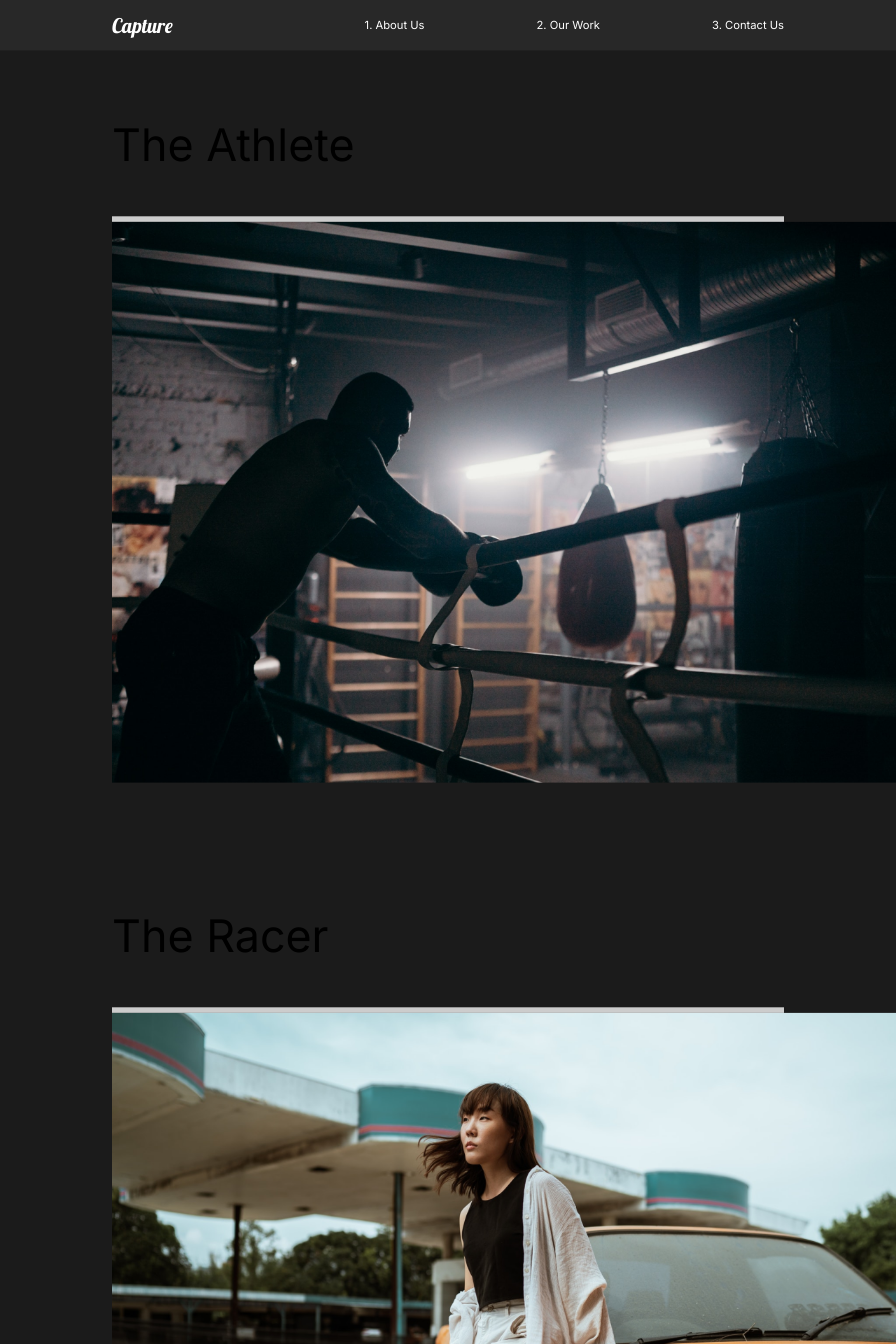
Repository: programmingwithlevi/capture
Page: /OurWork
These files come from the project's save history. The page is drawn as it stood at one moment and after the next save; the edit follows.
The browser window is 1280 px wide. The pictures show the part of the page from y = 0 to 1920 px (the page is 3622 px tall before and 2731 px after), at 70% of full size.
The project was rebuilt for these pictures with package versions that can differ from the ones it lists, and the page was loaded fresh each time. A package was used in the major version that the imports need, not the one package.json lists. Also part of the build but not shown: src/styles.js, src/components/AboutSection.js, src/components/ServicesSection.js, src/components/FaqSection.js, src/pages/AboutUs.js, src/pages/ContactUs.js.

Above is the page before, as saved 2021-12-04 23:40:28.

### public/index.html
<!DOCTYPE html>
<html lang="en">
  <head>
    <meta charset="utf-8" />
    <link rel="icon" href="%PUBLIC_URL%/favicon.ico" />
    <meta name="viewport" content="width=device-width, initial-scale=1" />
    <meta name="theme-color" content="#000000" />
    <meta
      name="description"
      content="Web site created using create-react-app"
    />
    <link rel="preconnect" href="https://fonts.googleapis.com">
<link rel="preconnect" href="https://fonts.gstatic.com" crossorigin>
<link href="https://fonts.googleapis.com/css2?family=Inter:wght@400;700&family=Lato:wght@400;700&display=swap" rel="stylesheet">
<link rel="preconnect" href="https://fonts.googleapis.com">
<link rel="preconnect" href="https://fonts.gstatic.com" crossorigin>
<link href="https://fonts.googleapis.com/css2?family=Inter:wght@400;700&family=Lato:wght@400;700&family=Lobster&display=swap" rel="stylesheet">
    <link rel="apple-touch-icon" href="%PUBLIC_URL%/logo192.png" />
    <!--
      manifest.json provides metadata used when your web app is installed on a
      user's mobile device or desktop. See https://developers.google.com/web/fundamentals/web-app-manifest/
    -->
    <link rel="manifest" href="%PUBLIC_URL%/manifest.json" />
    <!--
      Notice the use of %PUBLIC_URL% in the tags above.
      It will be replaced with the URL of the `public` folder during the build.
      Only files inside the `public` folder can be referenced from the HTML.

      Unlike "/favicon.ico" or "favicon.ico", "%PUBLIC_URL%/favicon.ico" will
      work correctly both with client-side routing and a non-root public URL.
      Learn how to configure a non-root public URL by running `npm run build`.
    -->
    <title>Capture</title>
  </head>
  <body>
    <noscript>You need to enable JavaScript to run this app.</noscript>
    <div id="root"></div>
    <!--
      This HTML file is a template.
      If you open it directly in the browser, you will see an empty page.

      You can add webfonts, meta tags, or analytics to this file.
      The build step will place the bundled scripts into the <body> tag.

      To begin the development, run `npm start` or `yarn start`.
      To create a production bundle, use `npm run build` or `yarn build`.
    -->
  </body>
</html>

### src/index.js
import React from 'react';
import ReactDOM from 'react-dom';

import App from './App';
import reportWebVitals from './reportWebVitals';
import {BrowserRouter} from 'react-router-dom';

ReactDOM.render(
  <React.StrictMode>
    <BrowserRouter>
    <App />
    </BrowserRouter>
  </React.StrictMode>,
  document.getElementById('root')
);

// If you want to start measuring performance in your app, pass a function
// to log results (for example: reportWebVitals(console.log))
// or send to an analytics endpoint. Learn more: https://bit.ly/CRA-vitals
reportWebVitals();

### src/App.js
import React from "react";
//import pages
import AboutUs from '../src/pages/AboutUs';
import GlobalStyle from "./components/GlobalStyle";
import ContactUs from "./pages/ContactUs";
import OurWork from "./pages/OurWork";
import Nav from "./components/Nav";
import {Routes,Route} from "react-router-dom";

function App() {
  return (
    <div className="App">

        <GlobalStyle />

        <Nav />

        <Routes>
          <Route path="/" element={<AboutUs />} />

          <Route path="/ContactUs" element={<ContactUs />} />

          <Route path="/OurWork" element={<OurWork />} />
        </Routes>

    </div>
  );
}

export default App;

### src/components/GlobalStyle.js
import {createGlobalStyle} from 'styled-components';

const GlobalStyle = createGlobalStyle`
*{
   margin: 0;
   padding: 0;
   box-sizing: border-box
}
body{
    background: #1b1b1b;
    font-family: 'Inter', sans-serif;
}
button{
    font-weight: bold;
    font-size: 1.1.rem;
    padding: 1rem 2rem;
    border: 3px solid #23d997;
    background: transparent;
    color: white;
    transition: all 0.5s ease;
    font-family: 'Inter', sans-serif;
    &:hover{
        background-color:  #23d997;
        color: white;
    }

}
h2{
       font-weight: lighter;
       font-size: 4rem;
    }
    h3{
        color: white;
    }
    h4{
        font-weight: bold;
        color: #23d997;
    }
    a{
        font-size: 1.1.rem;
    }
    span{
        font-weight: bold;
        color: #23d997;
    }
    p{
        padding: 3rem 0rem;
        color: #ccc;
        font-size: 1.4rem;
        line-height: 150%;
    }
`;
export default GlobalStyle;

### src/pages/OurWork.js
import React from "react";
import styled from "styled-components";
import {Link} from 'react-router-dom';
//images
import athlete from "../img/athlete-small.png";
import theracer from "../img/theracer-small.png";
import goodtimes from "../img/goodtimes-small.png";
const OurWork = () => {
    return(
        <Work>
            <Movie>
                <h2>The Athlete</h2>
                <div className="line"></div>
                <Link to="/">
                <img src={athlete} alt="athlete" /></Link>
            </Movie>
            <Movie>
                <h2>The Racer</h2>
                <div className="line"></div>
                <Link to="/">
                <img src={theracer} alt="theracer-small" /></Link>
            </Movie>
            <Movie>
                <h2>Good Times</h2>
                <div className="line"></div>
                <Link to="/">
                <img src={goodtimes} alt="goodtimes" /></Link>
            </Movie>
        </Work>
    )
}

const Work = styled.div`
    min-height: 100vh;
    overflow: hidden;
    padding: 5rem 10rem;
    h2{
        padding: 1rem 0rem;
    }

`;
const Movie = styled.div`
    padding-bottom: 10rem;
    .line{
        height: 0.5rem;
        background: #cccccc;
        margin-top: 3rem;
    }
`;


export default OurWork;

### src/components/Nav.js
import React from 'react';
import styled from 'styled-components';
import {Link} from 'react-router-dom';

const Nav = () => {
    return(
        <StyledNav>
            <h1><Link id="logo" to="/">Capture</Link></h1>
            <ul>
                <li>
                    <Link to="/">1. About Us</Link>
                </li>
                <li>
                    <Link to="/OurWork">2. Our Work</Link>
                </li>
                <li>
                    <Link to="/ContactUs">3. Contact Us</Link>
                </li>
            </ul>
        </StyledNav>
    )
}

const StyledNav = styled.nav`
    min-height: 10vh;
    display: flex;
    margin: auto;
    justify-content: space-between;
    align-items: center;
    padding: 1rem 10rem;
    background: #282828;
    a{
        color: white;
        text-decoration: none;
    }
    ul{
        display: flex;
        list-style: none;
    }
    #logo{
        font-size: 1.8rem;
        font-family: 'Lobster', cursive;
        font-weight: lighter;
    }
    li{
        padding-left: 10rem;
        position: relative;
    }
`;

export default Nav;

Loaded but not shown: src/reportWebVitals.js (common file)

After the next save:
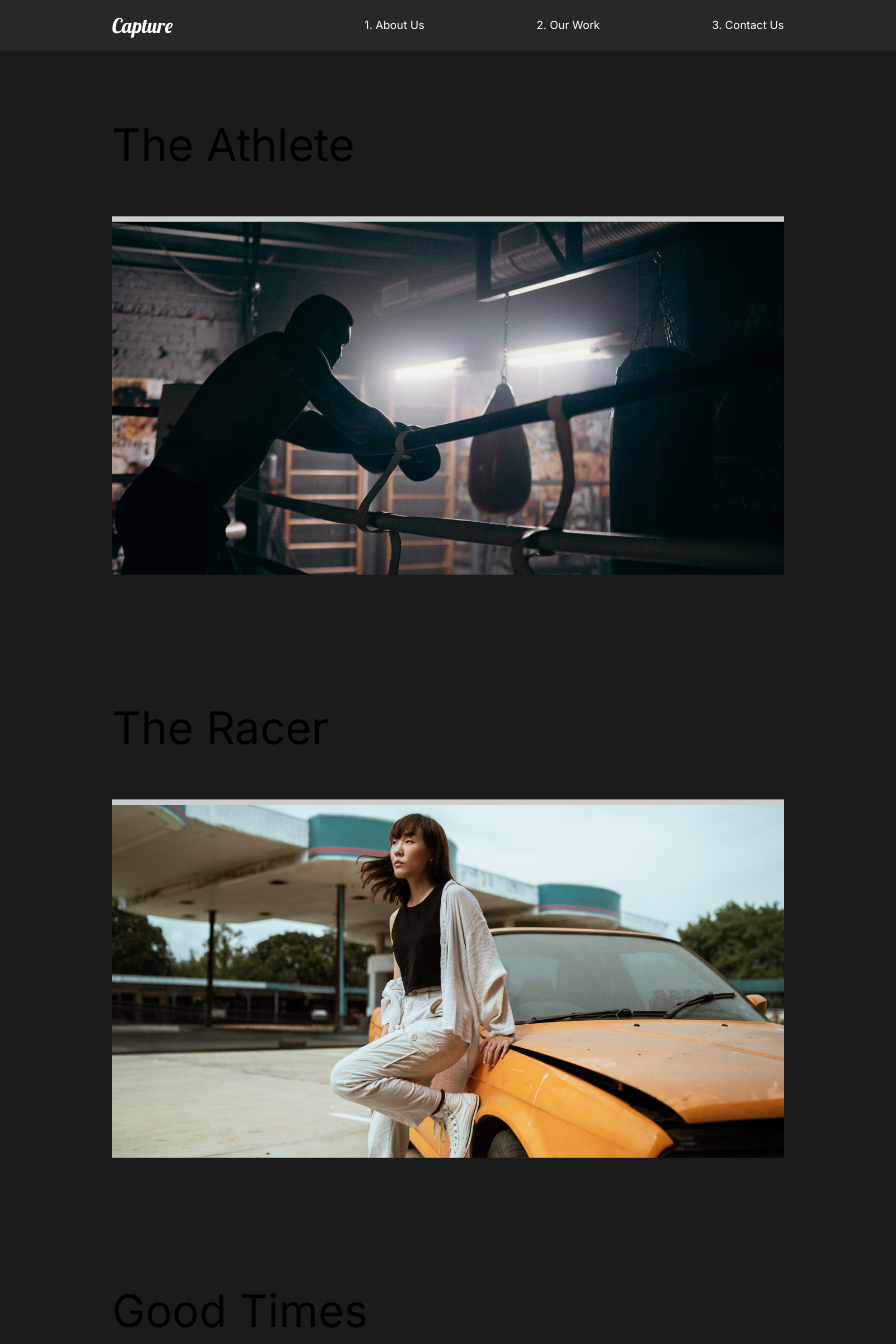
Saved 84 s later.
--- a/src/pages/OurWork.js
+++ b/src/pages/OurWork.js
@@ -46,6 +46,11 @@ const Movie = styled.div`
         background: #cccccc;
         margin-top: 3rem;
     }
+    img{
+        width: 100%;
+        height: 70vh;
+        object-fit: cover;
+    }
 `;
 
 
